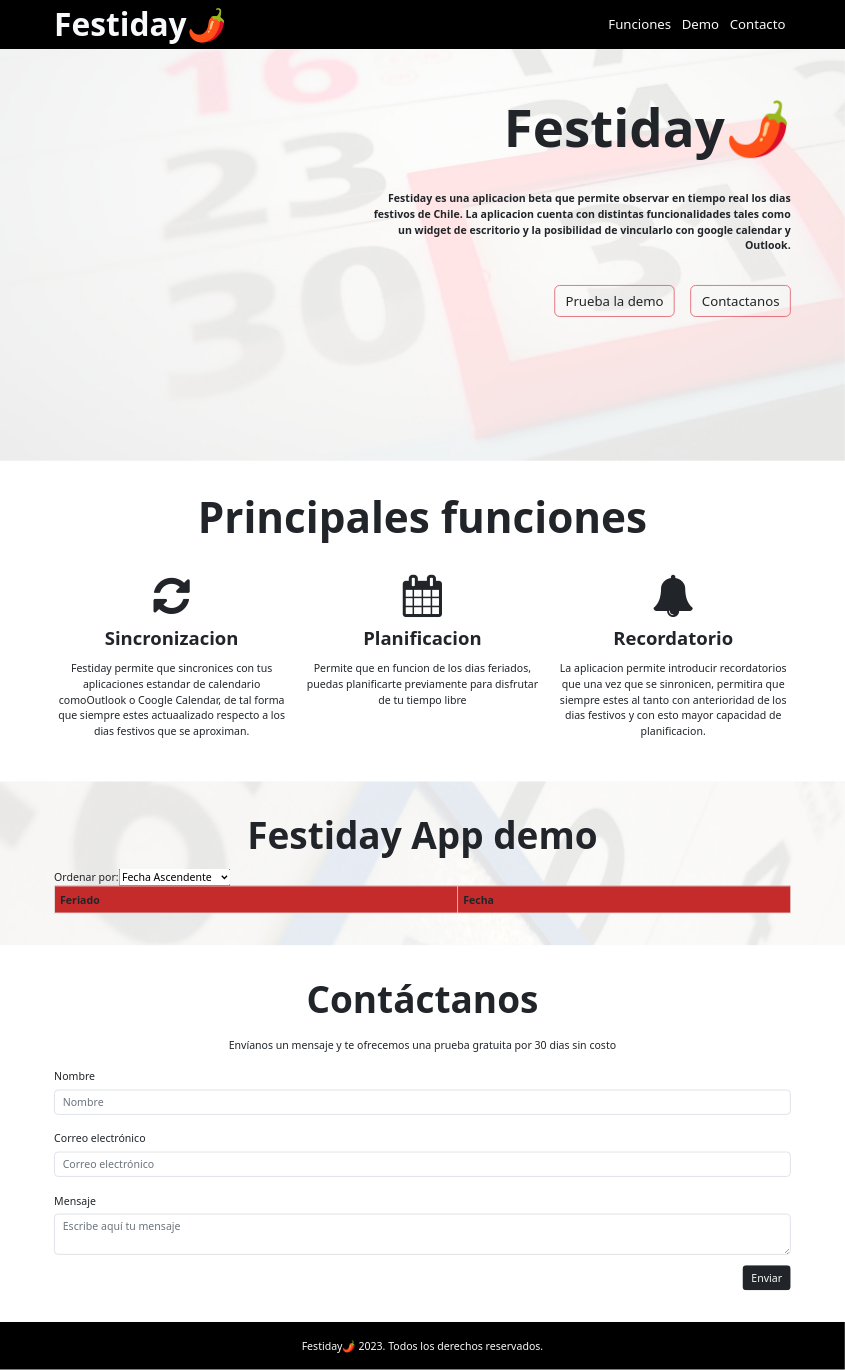
Repository: cvalenciapatagonia/Desafio-4-React-I
Page: /
The author's editor kept a copy of each file at every save. The page is drawn from the files as they stood at one save, then again after the next save.
The browser window is 1280 px wide. The pictures show the whole page, at 66% of full size.
The page's requests for data from a server got no answer. The project was rebuilt for these pictures with package versions that can differ from the ones it lists, and the page was loaded fresh each time. No one was signed in, and anything a server would have sent is missing. Also part of the build but not shown: vite.config.js.

Above is the page before, as saved 2023-09-08 19:14:20.

### index.html
<!doctype html>
<html lang="en">
  <head>
    <meta charset="UTF-8" />
    <link rel="icon" type="image/svg+xml" href="/vite.svg" />
    <meta name="viewport" content="width=device-width, initial-scale=1.0" />
    <title>Desafio 4 React I</title>
  </head>
  <body>
    <div id="root">


    </div>
    <script type="module" src="/src/main.jsx"></script>
  </body>
</html>

### src/main.jsx

import React from 'react'
import ReactDOM from 'react-dom/client'
import App from './App.jsx'

import './index.css'


ReactDOM.createRoot(document.getElementById('root')).render(
  <React.StrictMode>
    <App />
  </React.StrictMode>,
)

### src/App.jsx
import React, { useState } from "react";
import "font-awesome/css/font-awesome.css";
import "bootstrap/dist/css/bootstrap.min.css";
import MiApi from "./components/MiApi";
import Buscador from "./components/Buscador";

function App() {
  const [sortOption, setSortOption] = useState("asc"); // Estado para almacenar la opción de ordenamiento

  return (
    <div className="App">
      <header>
        {/* BARRA DE NAVEGACION */}
        <nav className="navbar navbar-expand-lg navbar-dark fixed-top navbar-custom">
          <div className="container">
            <p className="display-5 fw-bold text-light logo-img">
              Festiday🌶️ {/* El signo agregado significa "cursando" */}
            </p>{" "}
            <button
              className="navbar-toggler"
              type="button"
              data-bs-toggle="collapse"
              data-bs-target="#navbarTogglerDemo01"
              aria-controls="navbarTogglerDemo01"
              aria-expanded="false"
              aria-label="Toggle navigation"
            >
              <span className="navbar-toggler-icon"></span>
            </button>
            <div className="collapse navbar-collapse" id="navbarTogglerDemo01">
              <a className="navbar-brand" href="#"></a>
              <ul className="navbar-nav ms-auto mb-2 mb-lg-0 fs-5">
                <li className="nav-item">
                  <a
                    className="nav-link active text-light"
                    aria-current="page"
                    href="#Function-container"
                  >
                    Funciones
                  </a>
                </li>
                <li className="nav-item">
                  <a
                    className="nav-link active text-light"
                    href="#app-demo"
                  >
                    Demo
                  </a>
                </li>
                <li className="nav-item">
                  <a className="nav-link active text-light" href="#Contacto">
                    Contacto
                  </a>
                </li>
              </ul>
            </div>
          </div>
        </nav>
        {/* Fin de la barra de navegación */}
      </header>

      <section id="Hero-Section" className="text-dark text-end py-5 mt-5">
        <div className="container">
          <div className="ms-auto col-12 col-md-7">
            <h1 className="display-1 fw-bold my-5">
              Festiday🌶️ {/* El signo agregado significa "cursando" */}
            </h1>
            <p className="my-5 fw-bold">
              Festiday es una aplicacion beta que permite observar en tiempo
              real los dias festivos de Chile. La aplicacion cuenta con
              distintas funcionalidades tales como un widget de escritorio y la
              posibilidad de vincularlo con google calendar y Outlook.
            </p>
            <div className="mb-5 pb-5">
              <a
                className="btn btn-lg btn-outline-danger text-dark me-4"
                href="#app-demo"
              >
                Prueba la demo
              </a>
              <a
                className="btn btn-lg btn-outline-danger text-dark"
                href="#Contacto"
              >
                Contactanos
              </a>
            </div>
          </div>
        </div>
      </section>

      {/* FUNCIONES */}
      <section id="Function-container" className="">
        <div className="description-container container text-center my-5">
        <h2 className="display-3 fw-bold my-4 mb-5">Principales funciones</h2>

        <div className="row">
          <div className="col-12 col-md-4">
            <i className="fa fa-refresh fa-4x"></i>
            <h3 className="my-3 fw-bold">Sincronizacion</h3>
            <p className="my-3">
              Festiday permite que sincronices con tus aplicaciones estandar de
              calendario comoOutlook o Coogle Calendar, de tal forma que siempre
              estes actuaalizado respecto a los dias festivos que se aproximan.
            </p>
          </div>
          <div className="col-12 col-md-4">
            <i className="fa fa-calendar fa-4x"></i>
            <h3 className="my-3 fw-bold">Planificacion</h3>
            <p className="my-3">
              Permite que en funcion de los dias feriados, puedas planificarte
              previamente para disfrutar de tu tiempo libre
            </p>
          </div>
          <div className="col-12 col-md-4">
            <i className="fa fa-bell fa-4x"></i>
            <h3 className="my-3 fw-bold">Recordatorio</h3>
            <p className="my-3">
              La aplicacion permite introducir recordatorios que una vez que se
              sinronicen, permitira que siempre estes al tanto con anterioridad
              de los dias festivos y con esto mayor capacidad de planificacion.
            </p>
          </div>
        </div>
        </div>
      </section>
      {/* Fin de FUNCIONES */}

      {/* APP DEMO */}
      <section id="app-demo" className="my-5 p-5">
        <div className="container">
          <h2 className="display-4 fw-bold text-center text-dark mb-3">
            Festiday App demo
          </h2>
          <Buscador onSortChange={setSortOption} />
          <MiApi
            apiURL="https://api.victorsanmartin.com/feriados/en.json"
            sortOption={sortOption}
          />

          <div className="row"></div>
        </div>
      </section>
      {/* Fin de APP DEMO */}

      {/* CONTACTAME */}
      <section id="Contacto">
        <div className="form-container container my-5">
          <h2 className="display-4 fw-bold text-center my-4">Contáctanos</h2>

          <p className="text-center my-4 d-none d-md-block">
            Envíanos un mensaje y te ofrecemos una prueba gratuita por 30 dias
            sin costo
          </p>

          <form>
            <div className="form-group mb-4">
              <label className="mb-2">Nombre</label>
              <input className="form-control" placeholder="Nombre" />
            </div>

            <div className="form-group mb-4">
              <label className="mb-2">Correo electrónico</label>
              <input
                className="form-control"
                placeholder="Correo electrónico"
              />
            </div>

            <div className="form-group">
              <label className="mb-2">Mensaje</label>
              <textarea
                className="form-control"
                placeholder="Escribe aquí tu mensaje"
              ></textarea>
            </div>

            <div className="my-3 text-end">
              <button className="btn bg-dark text-light">Enviar</button>
            </div>
          </form>
        </div>
      </section>
      {/* Fin de CONTACTAME */}

      {/* FOOTER */}
      <footer className="text-center text-light p-4">
        <p className="mb-0">Festiday🌶️ 2023. Todos los derechos reservados.</p>
      </footer>
      {/* Fin de FOOTER */}
    </div>
  );
}

export default App;

### src/index.css
h1 {
  font-size: 3.2em;
  line-height: 1.1;
}

table {
  width: 100%;
  border-collapse: collapse;
}

table th,
table td {
  text-align: start;
  padding: 8px;
  border: 1px solid #ddd;
}

table th {
  background-color: rgb(198, 43, 43);
  font-weight: bold;
}

.navbar-custom {
  background-color: rgb(0, 0, 0);
}

.logo-img {
  margin: 0;
  padding: 0;
}

@media (max-width: 576px) {
  .img-logo {
    height: 150px;
    width: 250px;
  }
}

#Hero-Section {
  background-repeat: no-repeat;
  background-size: cover;
  background-position: left;
  height: 650px;
  background-image: url(./assets/img/bg1.jpg);
}

#app-demo {
  background-image: url(./assets/img/bg2.jpg);
  background-repeat: no-repeat;
  background-size: cover;
  background-position: left;
}

footer {
  background-color: black;
}

.button-custom {
  background-color: black;
}

.subtitulo2 {
  display: inline;
  font-size: 2em;
}

@media only screen and (max-width: 576px) {
  .subtitulo2 {
    font-size: 1.2rem;
    line-height: 1.2;
  }
}

### src/components/MiApi.jsx
import React, { useEffect, useState } from 'react';
import moment from 'moment';

function MiApi({ apiURL, sortOption }) {
  const [holidays, setHolidays] = useState([]);
  const [sortedHolidays, setSortedHolidays] = useState([]);

  useEffect(() => {
    fetch(apiURL)
      .then((response) => response.json())
      .then((data) => {
        if (data.status === 'success') {
          setHolidays(data.data);
        }
      })
      .catch((error) => {
        console.error('Error al obtener datos de la API de feriados de Chile:', error);
      });
  }, [apiURL]);

  useEffect(() => {
    const sortHolidays = () => {
      const sorted = [...holidays];
      if (sortOption === 'asc') {
        sorted.sort((a, b) => moment(a.date).diff(moment(b.date)));
      } else if (sortOption === 'desc') {
        sorted.sort((a, b) => moment(b.date).diff(moment(a.date)));
      } else if (sortOption === 'month') {
        sorted.sort((a, b) => moment(a.date).month() - moment(b.date).month());
      }
      setSortedHolidays(sorted);
    };

    sortHolidays();
  }, [sortOption, holidays]);

  return (
    <div className="MiApi">
      <table>
        <thead>
          <tr>
            <th>Feriado</th>
            <th>Fecha</th>
          </tr>
        </thead>
        <tbody>
          {sortedHolidays.map((holiday) => (
            <tr key={holiday.date}>
              <td>{holiday.title}</td>
              <td>{holiday.date}</td>
            </tr>
          ))}
        </tbody>
      </table>
    </div>
  );
}

export default MiApi;

### src/components/Buscador.jsx
import React, { useState } from 'react';

function Buscador({ onSortChange }) {
  const [sortOption, setSortOption] = useState('asc'); // Opción de ordenamiento predeterminada

  const handleSortChange = (e) => {
    const selectedOption = e.target.value;
    setSortOption(selectedOption);
    onSortChange(selectedOption);
  };

  return (
    <div className="Buscador">
      <label htmlFor="sortSelect">Ordenar por:</label>
      <select id="sortSelect" value={sortOption} onChange={handleSortChange}>
        <option value="asc">Fecha Ascendente</option>
        <option value="desc">Fecha Descendente</option>
        <option value="month">Por Mes</option>
      </select>
    </div>
  );
}

export default Buscador;

After the next save:
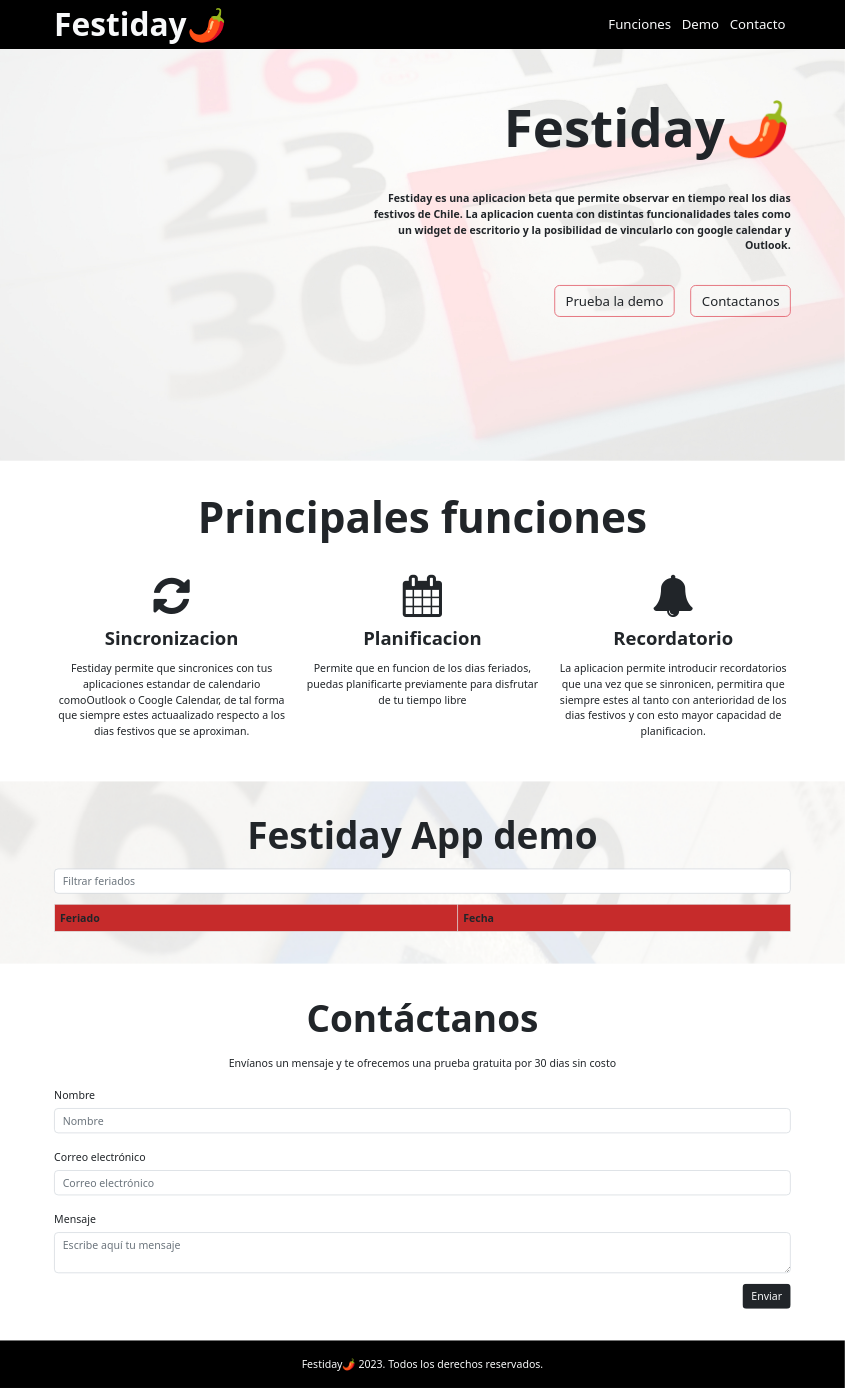
Saved 2 min 3 s later.
--- a/src/components/Buscador.jsx
+++ b/src/components/Buscador.jsx
@@ -1,24 +1,21 @@
-import React, { useState } from 'react';
+import React from 'react';
 
-function Buscador({ onSortChange }) {
-  const [sortOption, setSortOption] = useState('asc'); // Opción de ordenamiento predeterminada
-
-  const handleSortChange = (e) => {
-    const selectedOption = e.target.value;
-    setSortOption(selectedOption);
-    onSortChange(selectedOption);
+const Buscador = ({ onFilterChange }) => {
+  const handleInputChange = (e) => {
+    const filterText = e.target.value;
+    onFilterChange(filterText);
   };
 
   return (
-    <div className="Buscador">
-      <label htmlFor="sortSelect">Ordenar por:</label>
-      <select id="sortSelect" value={sortOption} onChange={handleSortChange}>
-        <option value="asc">Fecha Ascendente</option>
-        <option value="desc">Fecha Descendente</option>
-        <option value="month">Por Mes</option>
-      </select>
+    <div className="mb-3">
+      <input
+        type="text"
+        className="form-control"
+        placeholder="Filtrar feriados"
+        onChange={handleInputChange}
+      />
     </div>
   );
-}
+};
 
 export default Buscador;
